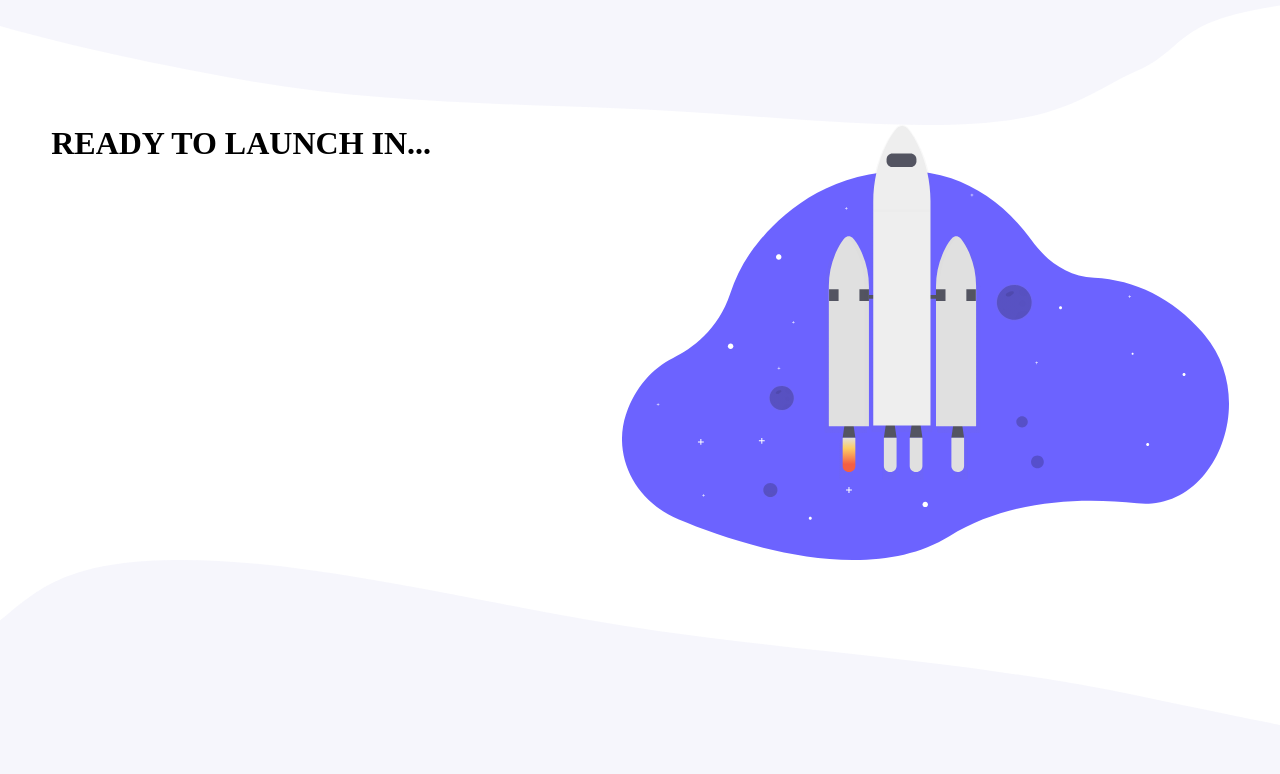
Repository: BrunoBross/countdown
Page: index.html
An editor plug-in stored every save of this project. The page is shown before and after the next save, followed by the edit.
The browser window is 1280 px wide. The pictures show the whole page.

Above is the page before, as saved 2021-11-30 00:36:05.

After the next save:
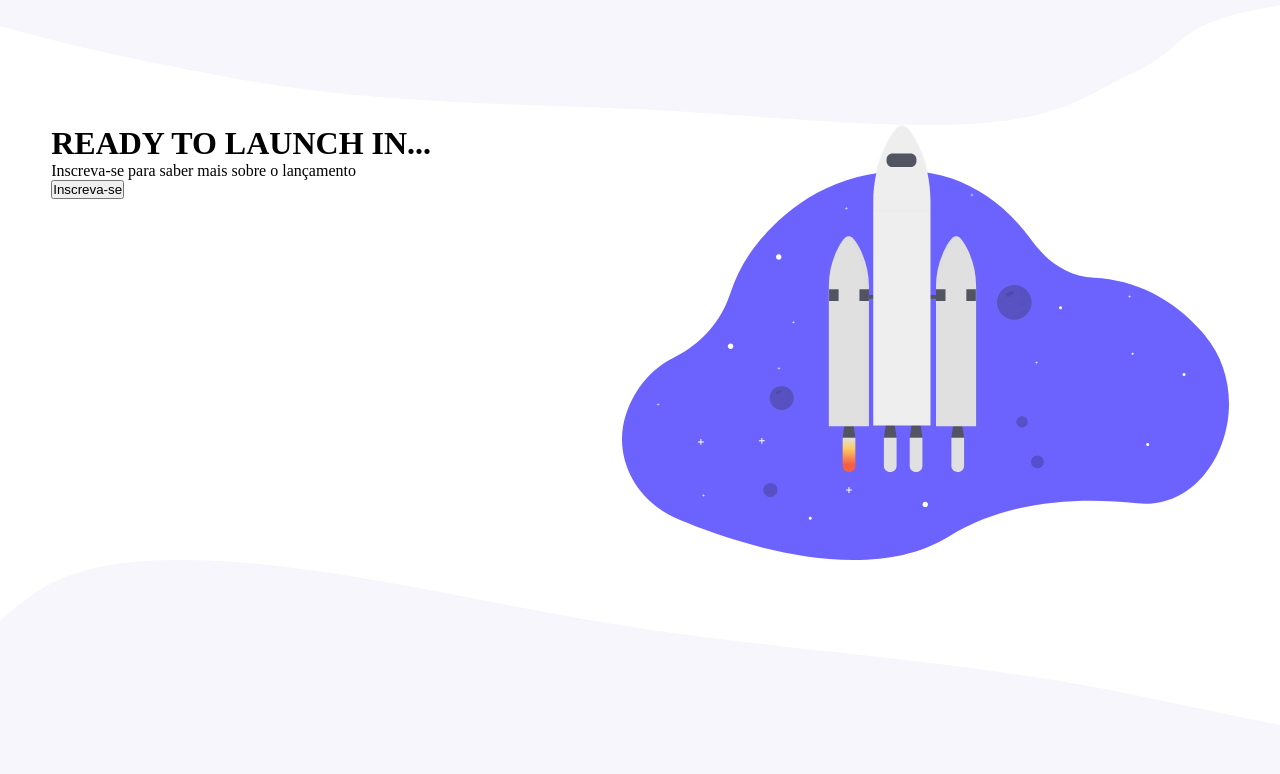
Saved 56 s later.
--- a/index.html
+++ b/index.html
@@ -13,6 +13,9 @@
     <div class="center">
       <div class="content">
         <h1>READY TO LAUNCH IN...</h1>
+        <div class="clock"></div>
+        <p>Inscreva-se para saber mais sobre o lançamento</p>
+        <button>Inscreva-se</button>
       </div>
       <img id="rocket" src="./assets/rocket.svg" alt="">
     </div>
